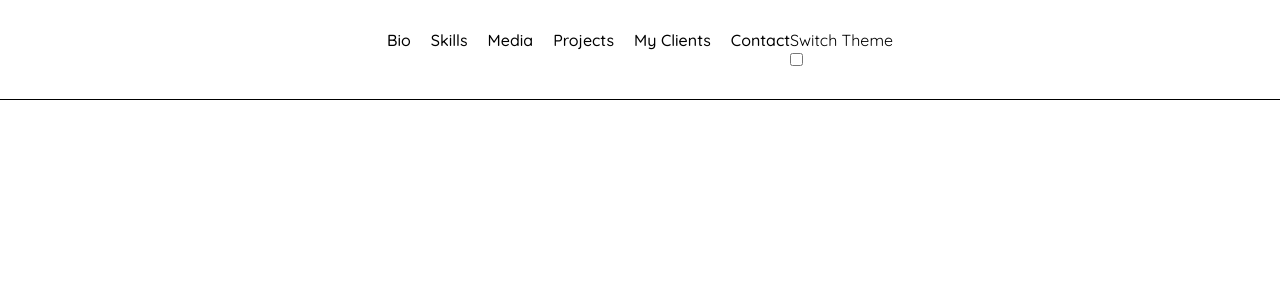
Repository: benarafa1/personal-website
Page: index.html
An editor plug-in stored every save of this project. The page is shown before and after the next save, followed by the edit.
The browser window is 1280 px wide. The pictures show the whole page.

Above is the page before, as saved 2025-04-11 17:02:05.

### index.html
<!DOCTYPE html>
<html lang="en">
  <head>
    <meta charset="UTF-8" />
    <meta name="viewport" content="width=device-width, initial-scale=1.0" />
    <link rel="preconnect" href="https://fonts.googleapis.com" />
    <link rel="preconnect" href="https://fonts.gstatic.com" crossorigin />
    <link
      href="https://fonts.googleapis.com/css2?family=Quicksand:wght@300..700&
      family=Roboto:ital,wght@0,100;0,300;0,400;0,500;0,700;0,900;1,100;1,300;1,400;1,500;1,700;1,900&display=swap"
      rel="stylesheet"
    />
    <link rel="stylesheet" href="style.css" />
    <title>Amar Arafa</title>
  </head>

  <body>
    <div class="container">
      <header class="header">
        <nav class="navigation">
          <ul class="nav-list">
            <li><a class="nav-link" href="#">Bio</a></li>
            <li><a class="nav-link" href="#">Skills</a></li>
            <li><a class="nav-link" href="#">Media</a></li>
            <li><a class="nav-link" href="#">Projects</a></li>
            <li><a class="nav-link" href="#">My Clients</a></li>
            <li><a class="nav-link" href="#">Contact</a></li>
          </ul>
        </nav>
        <div class="toggle">
          <h3>Switch Theme</h3>
          <input type="checkbox" name="toggle-checkbox" id="checkbox" />
          <label for="checkbox" class="toggle-label"></label>
        </div>
      </header>
    </div>
  </body>
</html>

### style.css
:root {
  --container-width: 119rem;
  --gutter: 2rem;
  --color-black: #000;
  --color-white: #fff;
  --color-blue: #2374e1;
  --color-light-blue: #1d9bf0;
  --color-dark-blue: #0a66c2;
  --color-darker-blue: #143ce8;
  --color-red: #ff0000;
  --color-green: #03a696;
  --color-grey: #f6f6f6;
  --color-dark-green: #42959b;
  --color-background: var(--color-white);
  --color-text: var(--color-black);
  --color-box-img: var(--color-black);
  --color-link-bg: var(--color-black);
  --color-input-border: var(--color-black);
  --font-family-Roboto: "Roboto", sans-serif;
  --font-family-Quicksand: "Quicksand", sans-serif;
  --font-weight-regular: 400;
  --font-weight-medium: 500;
  --font-weight-semi-bold: 600;
  --font-weight-bold: 700;
  --font-size-70: 7rem;
  --font-size-65: 6.5rem;
  --font-size-40: 4rem;
  --font-size-38: 3.8rem;
  --font-size-24: 2.4rem;
  --font-size-22: 2.2rem;
  --font-size-20: 2rem;
  --font-size-18: 1.8rem;
  --font-size-15: 1.5rem;
  --transition-timing: 0.3s;
}

/* start CSS Reset */
*,
*::before,
*::after {
  box-sizing: border-box;
  margin: 0;
  padding: 0;
  font: inherit;
}

a {
  color: inherit;
  display: inline-block;
}

button {
  background-color: transparent;
  border: none;
  cursor: pointer;
}

ul,
ol {
  list-style: none;
}
/* end CSS Reset */

body {
  font-size: 1.6rem;
  font-family: var(--font-family-Quicksand);
}

html {
  font-size: 62.5%;
  scroll-behavior: smooth;
  scroll-padding-top: 11rem;
}

.container {
  margin: 0 auto;
  width: var(--container-width);
}

.nav-list {
  display: flex;
  gap: 2rem;
}
.nav-link:link,
.nav-link:visited {
  font-weight: var(--font-weight-medium);
  text-decoration: none;
}

.nav-link:hover,
.nav-link:active {
  text-decoration: underline;
}

.header {
  position: relative;
  padding: 3rem 0;
  display: flex;
  justify-content: center;
}
.header::before {
  content: "";
  position: absolute;
  height: 100%;
  width: 100vw;
  top: 0;
  z-index: -1;
  border-bottom: 0.1rem solid var(--color-input-border);
}

/* toggle start */

/* toggle end */

After the next save:
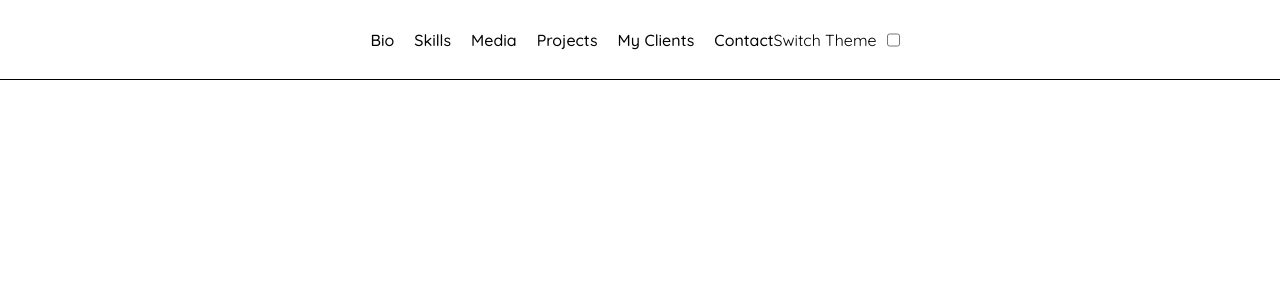
Saved 64 s later.
--- a/style.css
+++ b/style.css
@@ -109,5 +109,9 @@ html {
 }
 
 /* toggle start */
+.toggle {
+  display: flex;
+  gap: 1rem;
+}
 
 /* toggle end */
